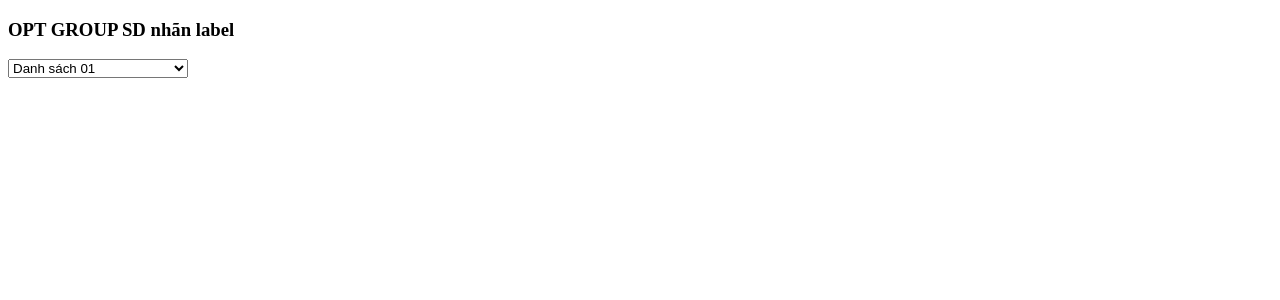
Repository: Tan-Khang21/TH_TKW--Buoi_04
Page: Bai_Tap_Mau/Bai_03/Bai_03.html
The author's editor kept a copy of each file at every save. The page is drawn from the files as they stood at one save, then again after the next save.
The browser window is 1280 px wide. The pictures show the whole page.

Above is the page before, as saved 2024-03-06 09:15:58.

After the next save:
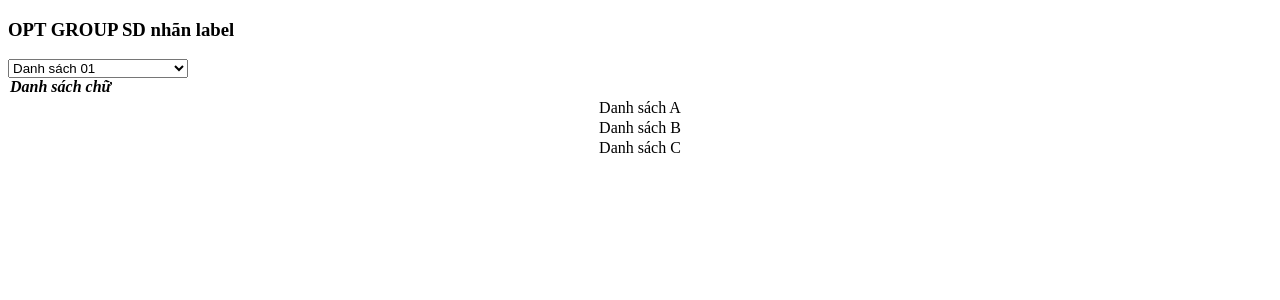
Saved 12 s later.
--- a/Bai_Tap_Mau/Bai_03/Bai_03.html
+++ b/Bai_Tap_Mau/Bai_03/Bai_03.html
@@ -12,11 +12,12 @@
         <option value="2">Danh sách 02</option>
         <option value="3">Danh sách 03</option>
         <option value="4">Danh sách 04</option>
+    </select>
         <optgroup label="Danh sách chữ" style="text-align: left; font-style: italic;">
         <option style="font-style:normal;text-align: center;"> Danh sách A </option>
         <option style="font-style:normal;text-align: center;"> Danh sách B</option>
         <option style="font-style:normal;text-align: center;"> Danh sách C</option>
         </optgroup>
-    </select>
+
 </body>
 </html>

After the save that followed:
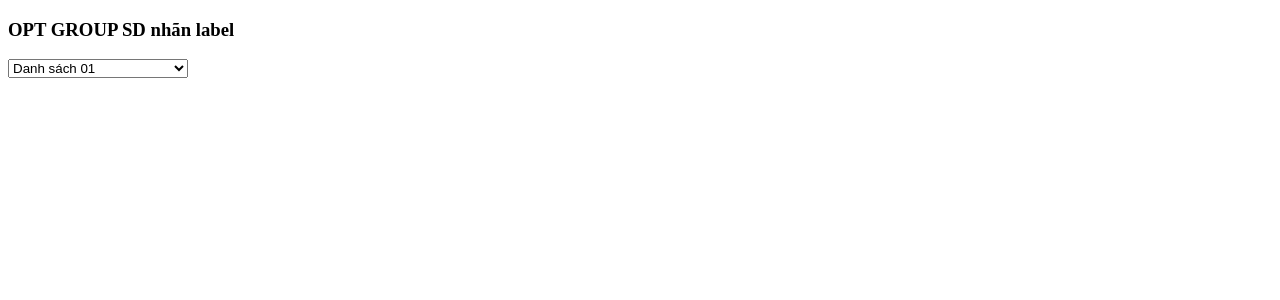
Saved 10 s later.
--- a/Bai_Tap_Mau/Bai_03/Bai_03.html
+++ b/Bai_Tap_Mau/Bai_03/Bai_03.html
@@ -12,12 +12,11 @@
         <option value="2">Danh sách 02</option>
         <option value="3">Danh sách 03</option>
         <option value="4">Danh sách 04</option>
-    </select>
         <optgroup label="Danh sách chữ" style="text-align: left; font-style: italic;">
         <option style="font-style:normal;text-align: center;"> Danh sách A </option>
         <option style="font-style:normal;text-align: center;"> Danh sách B</option>
         <option style="font-style:normal;text-align: center;"> Danh sách C</option>
         </optgroup>
-
+    </select>
 </body>
 </html>
